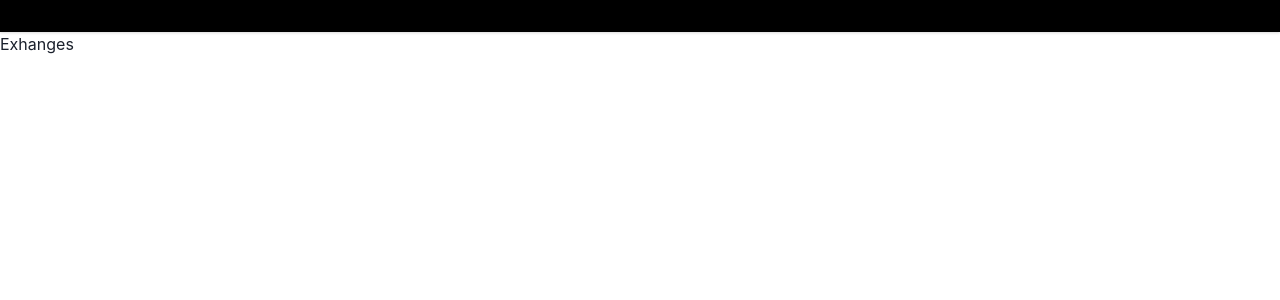
Repository: Attar786/cryptoapp
Page: /exchanges
An editor plug-in stored every save of this project. The page is shown before and after the next save, followed by the edit.
The browser window is 1280 px wide. The pictures show the whole page.
The project was rebuilt for these pictures with package versions that can differ from the ones it lists, and the page was loaded fresh each time. Also part of the build but not shown: vite.config.js, src/components/Home.jsx, src/components/Coins.jsx, src/components/CoinDetails.jsx, src/index.css.

Above is the page before, as saved 2024-03-16 16:48:28.

After the next save:
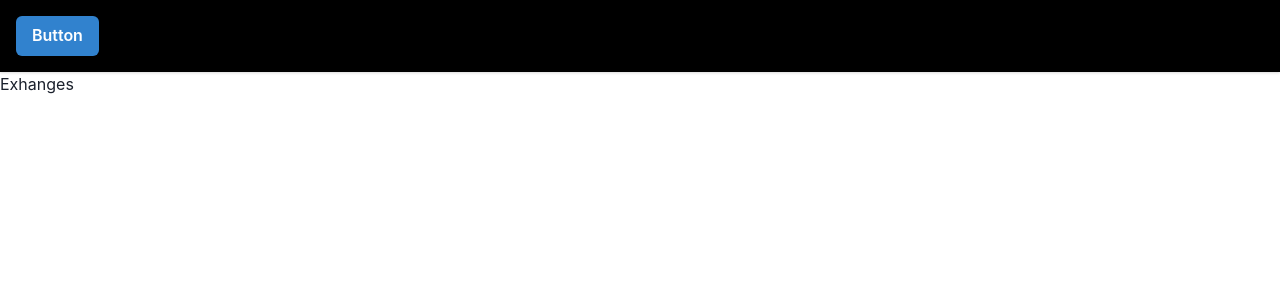
Saved 108 s later.
--- a/src/components/Header.jsx
+++ b/src/components/Header.jsx
@@ -1,9 +1,10 @@
-import { HStack } from "@chakra-ui/react"
+import { HStack , Button} from "@chakra-ui/react"
 
 
 const Header = () => {
     return (
 <HStack p={"4"} bgColor={"black"} shadow={"base"}  >
+<Button colorScheme='blue'>Button</Button>
 
 
 </HStack>
